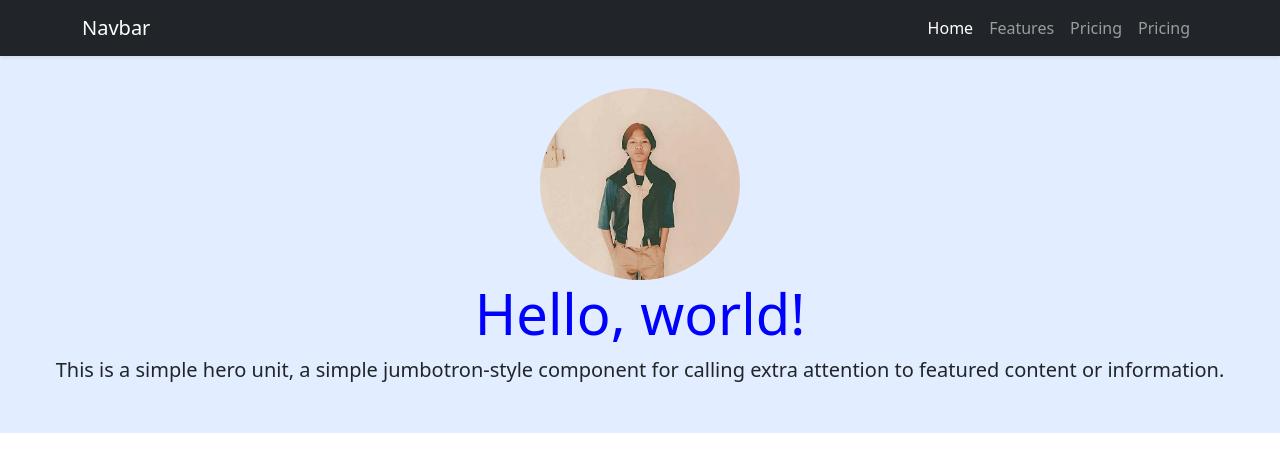
Repository: Novemberdad/gemilangtech.github.io
Page: index.html
The author's editor kept a copy of each file at every save. The page is drawn from the files as they stood at one save, then again after the next save.
The browser window is 1280 px wide. The pictures show the whole page.

Above is the page before, as saved 2021-07-20 23:35:10.

### index.html
<!DOCTYPE html>
<html lang="en">

<head>
    <!-- Required meta tags -->
    <meta charset="utf-8" />
    <meta name="viewport" content="width=device-width, initial-scale=1" />

    <!-- Bootstrap CSS -->
    <link href="https://cdn.jsdelivr.net/npm/bootstrap@5.0.2/dist/css/bootstrap.min.css" rel="stylesheet" integrity="sha384-EVSTQN3/azprG1Anm3QDgpJLIm9Nao0Yz1ztcQTwFspd3yD65VohhpuuCOmLASjC" crossorigin="anonymous" />

    <!--My CSS-->
    <link rel="stylesheet" href="style.css" />
    <title>My Portofoliio</title>
    <style>
        h1 {
            text-align: center;
            color: blue;
        }
    </style>
</head>

<body>
    <!--NAVBAR-->
    <nav class="navbar navbar-expand-lg navbar-dark bg-dark shadow-sm">
        <div class="container">
            <a class="navbar-brand" href="#">Navbar</a>
            <button class="navbar-toggler" type="button" data-bs-toggle="collapse" data-bs-target="#navbarNav" aria-controls="navbarNav" aria-expanded="false" aria-label="Toggle navigation">
          <span class="navbar-toggler-icon"></span>
        </button>
            <div class="collapse navbar-collapse" id="navbarNav">
                <ul class="navbar-nav ms-auto">
                    <li class="nav-item">
                        <a class="nav-link active" aria-current="page" href="#">Home</a>
                    </li>
                    <li class="nav-item">
                        <a class="nav-link" href="#">Features</a>
                    </li>
                    <li class="nav-item">
                        <a class="nav-link" href="#">Pricing</a>
                    </li>
                    <li class="nav-item">
                        <a class="nav-link" href="#">Pricing</a>
                    </li>
                </ul>
            </div>
        </div>
    </nav>
    <!--AKHIR NAVBAR-->

    <!--jumbortron-->
    <section class="jumbotron text-center">
        <img src="image/logo.jpg" alt="logo" width="200" class="rounded-circle" />
        <h1 class="display-4">Hello, world!</h1>
        <p class="lead">This is a simple hero unit, a simple jumbotron-style component for calling extra attention to featured content or information.</p>
    </section>
    <!--akhir jumbotron-->
    <script src="https://cdn.jsdelivr.net/npm/bootstrap@5.0.2/dist/js/bootstrap.bundle.min.js" integrity="sha384-MrcW6ZMFYlzcLA8Nl+NtUVF0sA7MsXsP1UyJoMp4YLEuNSfAP+JcXn/tWtIaxVXM" crossorigin="anonymous"></script>

    <!-- Option 2: Separate Popper and Bootstrap JS -->
    <!--
    <script src="https://cdn.jsdelivr.net/npm/@popperjs/core@2.9.2/dist/umd/popper.min.js" integrity="sha384-IQsoLXl5PILFhosVNubq5LC7Qb9DXgDA9i+tQ8Zj3iwWAwPtgFTxbJ8NT4GN1R8p" crossorigin="anonymous"></script>
    <script src="https://cdn.jsdelivr.net/npm/bootstrap@5.0.2/dist/js/bootstrap.min.js" integrity="sha384-cVKIPhGWiC2Al4u+LWgxfKTRIcfu0JTxR+EQDz/bgldoEyl4H0zUF0QKbrJ0EcQF" crossorigin="anonymous"></script>
    -->
</body>

</html>

### style.css
.jumbotron {
    padding: 2rem 1rem;
    background-color: #e2edff;
}

After the next save:
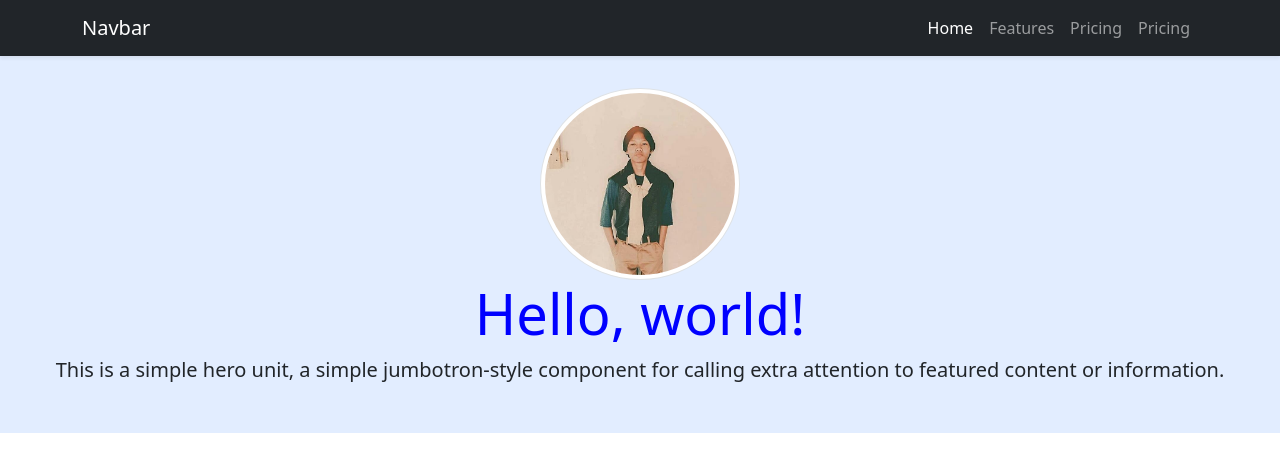
Saved 91 s later.
--- a/index.html
+++ b/index.html
@@ -50,7 +50,7 @@
 
     <!--jumbortron-->
     <section class="jumbotron text-center">
-        <img src="image/logo.jpg" alt="logo" width="200" class="rounded-circle" />
+        <img src="image/logo.jpg" alt="logo" width="200" class="rounded-circle img-thumbnail" />
         <h1 class="display-4">Hello, world!</h1>
         <p class="lead">This is a simple hero unit, a simple jumbotron-style component for calling extra attention to featured content or information.</p>
     </section>
